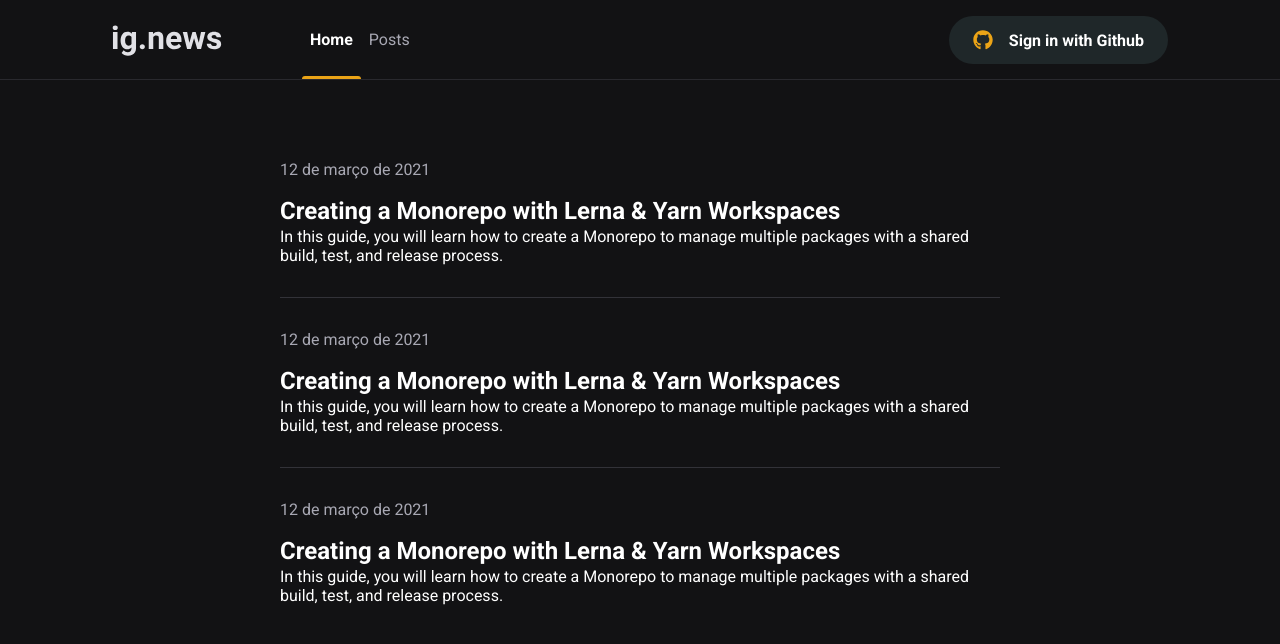
Repository: savinnsk/ignews
Page: /posts
The author's editor kept a copy of each file at every save. The page is drawn from the files as they stood at one save, then again after the next save.
The browser window is 1280 px wide. The pictures show the whole page.
The page's requests for data from a server got no answer. The project was rebuilt for these pictures with package versions that can differ from the ones it lists, and the page was loaded fresh each time. The framework's server and built-in components were replaced by stand-ins that run in the browser. No one was signed in, and anything a server would have sent is missing.

Above is the page before, as saved 2021-06-24 21:31:00.

After the next save:
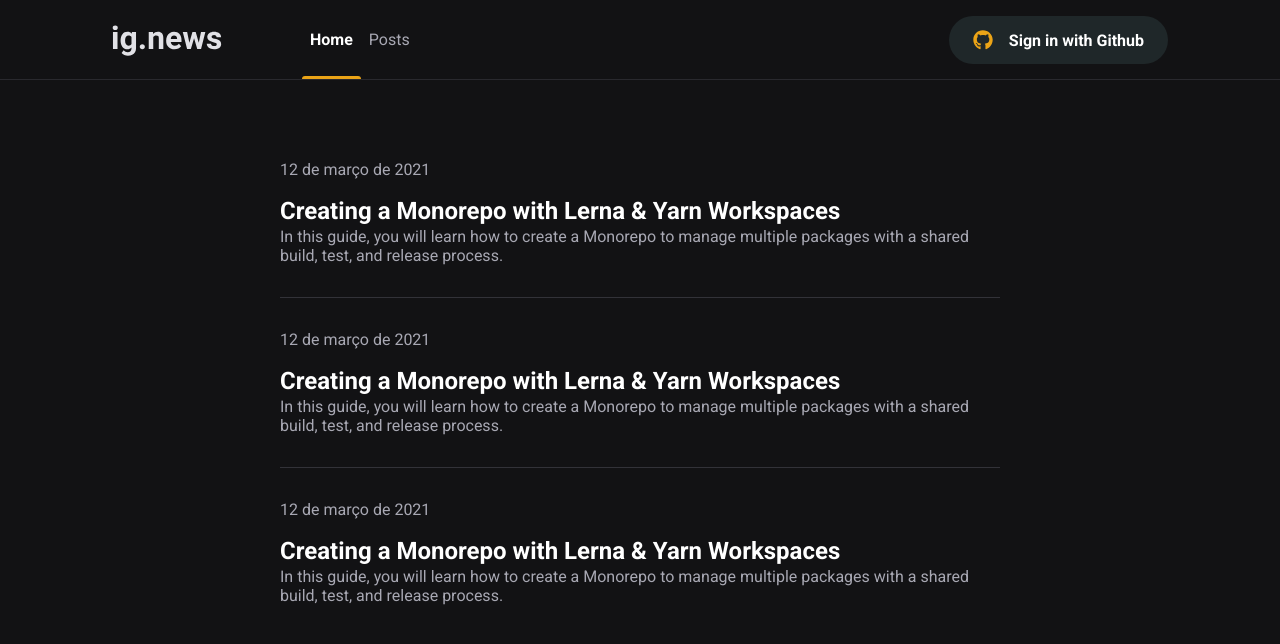
Saved 6 min 28 s later.
--- a/src/pages/posts/styles.module.scss
+++ b/src/pages/posts/styles.module.scss
@@ -30,5 +30,10 @@
             margin-top : 1rem;
             line-height: 2rem;
         }
+
+
+        p{
+            color : var(--gray300)
+        }
     }
 }
